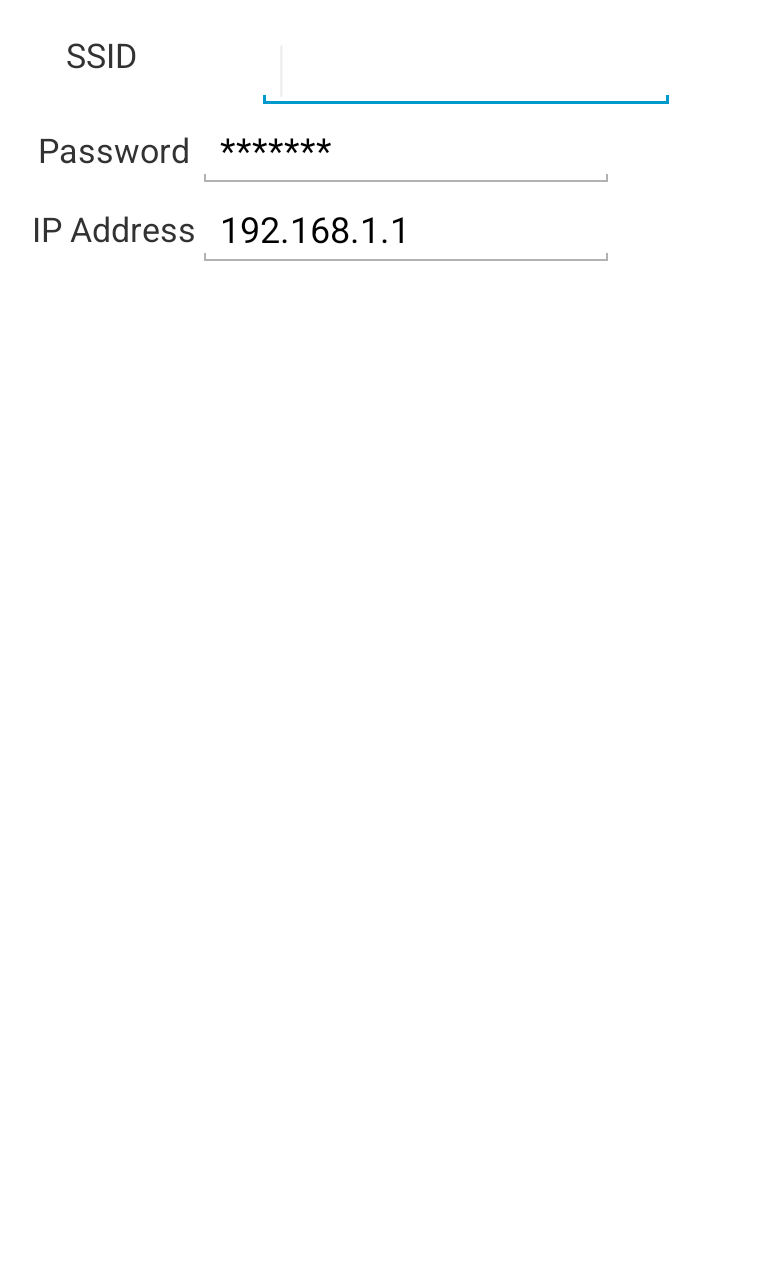
Repository: Maveriick/cs577a
Layout: Mobile-ControlledLighting/res/layout/activity_configure_gateway.xml
These files come from the project's save history. The layout is drawn as it stood at one moment and after the next save; the edit follows.
It is drawn on a 768 x 1280 px phone screen (xhdpi) without system bars, with theme AppTheme; the app's code is not run.

Above is the layout before, as saved 2014-10-05 00:54:49.

### Mobile-ControlledLighting/res/layout/activity_configure_gateway.xml
<RelativeLayout xmlns:android="http://schemas.android.com/apk/res/android"
    xmlns:tools="http://schemas.android.com/tools"
    android:layout_width="match_parent"
    android:layout_height="match_parent"
    android:paddingBottom="@dimen/activity_vertical_margin"
    android:paddingLeft="@dimen/activity_horizontal_margin"
    android:paddingRight="@dimen/activity_horizontal_margin"
    android:paddingTop="@dimen/activity_vertical_margin"
    tools:context="com.advanchip.mobile_controlledlighting.ConfigureGateway" >

    <GridLayout
        android:layout_width="wrap_content"
        android:layout_height="wrap_content"
        android:layout_alignParentBottom="true"
        android:layout_alignParentLeft="true"
        android:layout_alignParentRight="true"
        android:layout_alignParentTop="true"
        android:columnCount="2"
        android:rowCount="8" >

        <EditText
            android:id="@+id/editText1"
            android:layout_column="1"
            android:layout_gravity="center_horizontal|top"
            android:layout_row="0"
            android:ems="10" >

            <requestFocus />
        </EditText>

        <EditText
            android:id="@+id/editText2"
            android:layout_column="1"
            android:layout_gravity="left|top"
            android:layout_row="3"
            android:ems="10"
            android:text="*******" />

        <EditText
            android:id="@+id/editText3"
            android:layout_column="1"
            android:layout_gravity="left|top"
            android:layout_row="4"
            android:ems="10"
            android:text="192.168.1.1" />

        <TextView
            android:id="@+id/textView3"
            android:layout_width="wrap_content"
            android:layout_height="wrap_content"
            android:layout_column="0"
            android:layout_gravity="left|center_vertical"
            android:layout_row="4"
            android:text="IP Address"
            android:textSize="17sp" />

        <TextView
            android:id="@+id/textView2"
            android:layout_width="wrap_content"
            android:layout_height="wrap_content"
            android:layout_column="0"
            android:layout_gravity="center"
            android:layout_row="3"
            android:text="Password"
            android:textSize="17sp" />

        <TextView
            android:id="@+id/textView1"
            android:layout_width="48dp"
            android:layout_height="36dp"
            android:layout_column="0"
            android:layout_gravity="center_horizontal|top"
            android:layout_row="0"
            android:text="SSID"
            android:textSize="17sp" />

    </GridLayout>

</RelativeLayout>

Loaded but not shown: Mobile-ControlledLighting/res/values/styles.xml (common file); Mobile-ControlledLighting/res/values-v11/styles.xml (common file); Mobile-ControlledLighting/res/values-v14/styles.xml (common file); Mobile-ControlledLighting/res/values/dimens.xml (common file); Mobile-ControlledLighting/res/values-w820dp/dimens.xml (common file)

After the next save:
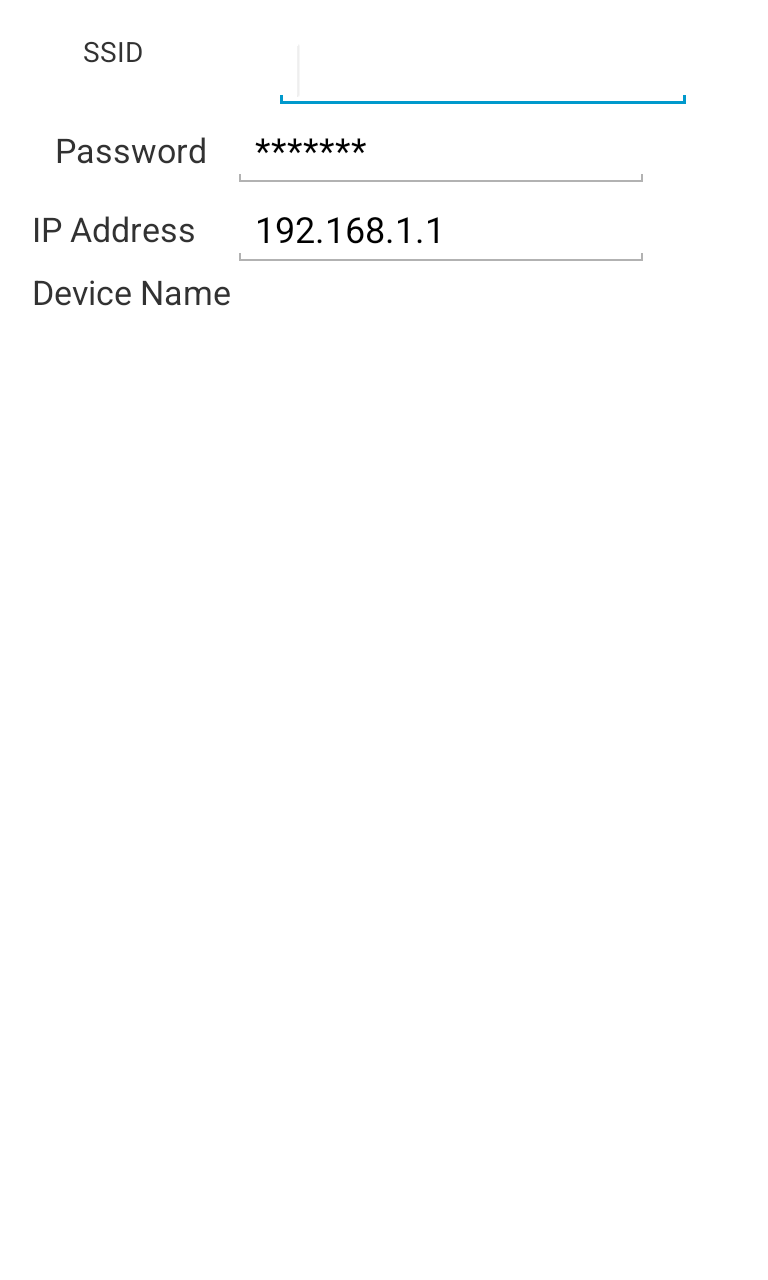
Saved 36 s later.
--- a/Mobile-ControlledLighting/res/layout/activity_configure_gateway.xml
+++ b/Mobile-ControlledLighting/res/layout/activity_configure_gateway.xml
@@ -72,6 +72,14 @@
             android:layout_gravity="center_horizontal|top"
             android:layout_row="0"
             android:text="SSID"
+             />
+
+        <TextView
+            android:id="@+id/textView4"
+            android:layout_column="0"
+            android:layout_gravity="left|top"
+            android:layout_row="7"
+            android:text="Device Name"
             android:textSize="17sp" />
 
     </GridLayout>
